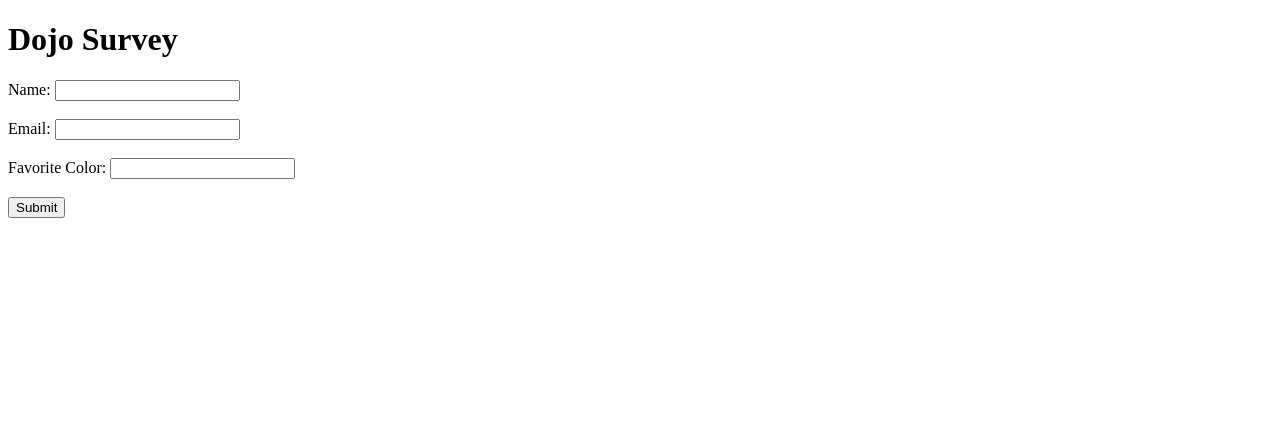
Repository: TurkiOussema54/Bootcamp-PYTHON
Page: http://localhost/
These files come from the project's save history. The page is drawn as it stood at one moment and after the next save; the edit follows.
The browser window is 1280 px wide. The pictures show the whole page.
The page is served by the project's application, run on Flask 3 (app.py).

Above is the page before, as saved 2023-10-03 17:06:55.

### Dojo_Survey/templates/index.html
<!DOCTYPE html>
<html>
<head>
    <title>Dojo Survey</title>
</head>
<body>
    <h1>Dojo Survey</h1>
    <form method="POST" action="/process">
        <label for="name">Name:</label>
        <input type="text" name="name" required><br><br>

        <label for="email">Email:</label>
        <input type="email" name="email" required><br><br>

        <label for="favorite_color">Favorite Color:</label>
        <input type="text" name="favorite_color" required><br><br>

        <input type="submit" value="Submit">
    </form>
</body>
</html>

### Dojo_Survey/app.py
from flask import Flask, request, render_template, redirect, session

app = Flask(__name__)
app.secret_key = 'your_secret_key'  # Change this to a strong, random secret key

@app.route("/")
def index():
    return render_template("index.html")

@app.route("/process", methods=["POST"])
def process():
    # Store form data in the session
    session['name'] = request.form['name']
    session['email'] = request.form['email']
    session['favorite_color'] = request.form['favorite_color']

    return redirect("/result")

@app.route("/result")
def result():
    # Retrieve form data from session
    name = session.get('name')
    email = session.get('email')
    favorite_color = session.get('favorite_color')

    return render_template("result.html", name=name, email=email, favorite_color=favorite_color)

if __name__ == "__main__":
    app.run(debug=True)

After the next save:
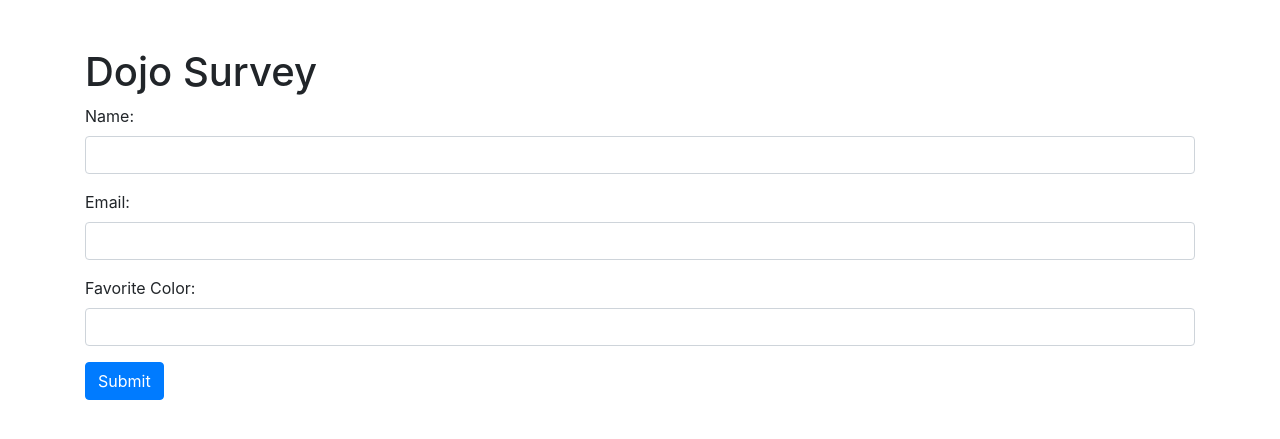
Saved 78 s later.
--- a/Dojo_Survey/templates/index.html
+++ b/Dojo_Survey/templates/index.html
@@ -2,20 +2,30 @@
 <html>
 <head>
     <title>Dojo Survey</title>
+    <!-- Include Bootstrap CSS -->
+    <link rel="stylesheet" href="https://maxcdn.bootstrapcdn.com/bootstrap/4.5.2/css/bootstrap.min.css">
 </head>
 <body>
-    <h1>Dojo Survey</h1>
-    <form method="POST" action="/process">
-        <label for="name">Name:</label>
-        <input type="text" name="name" required><br><br>
+    <div class="container">
+        <h1 class="mt-5">Dojo Survey</h1>
+        <form method="POST" action="/process">
+            <div class="form-group">
+                <label for="name">Name:</label>
+                <input type="text" class="form-control" name="name" required>
+            </div>
 
-        <label for="email">Email:</label>
-        <input type="email" name="email" required><br><br>
+            <div class="form-group">
+                <label for="email">Email:</label>
+                <input type="email" class="form-control" name="email" required>
+            </div>
 
-        <label for="favorite_color">Favorite Color:</label>
-        <input type="text" name="favorite_color" required><br><br>
+            <div class="form-group">
+                <label for="favorite_color">Favorite Color:</label>
+                <input type="text" class="form-control" name="favorite_color" required>
+            </div>
 
-        <input type="submit" value="Submit">
-    </form>
+            <button type="submit" class="btn btn-primary">Submit</button>
+        </form>
+    </div>
 </body>
 </html>
